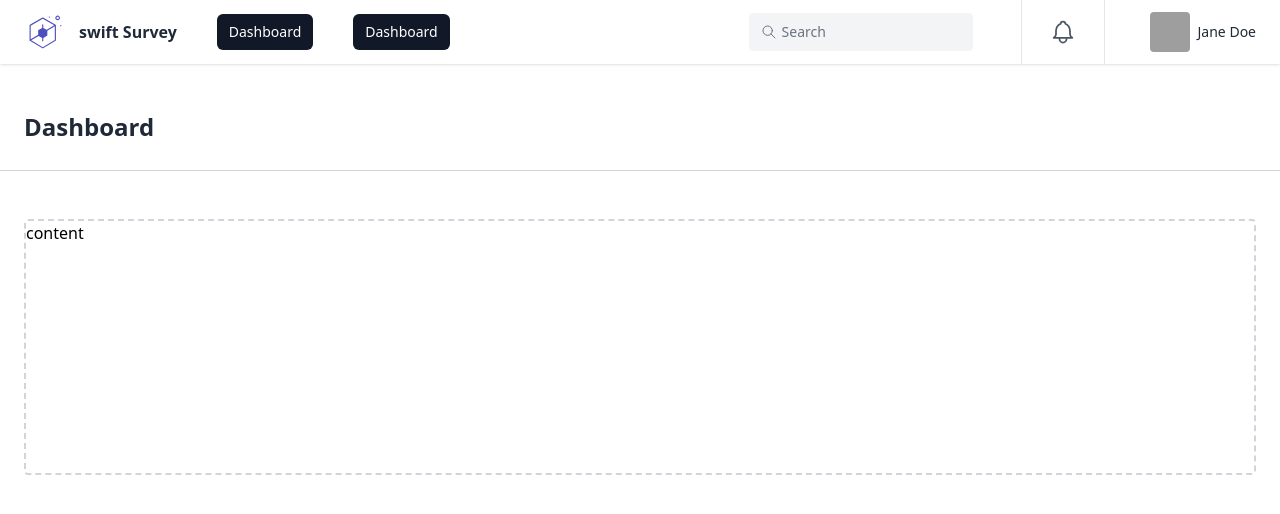
Repository: thomsontochi/swiftSurvey
Page: /dashboard (app in vue/)
An editor plug-in stored every save of this project. The page is shown before and after the next save, followed by the edit.
The browser window is 1280 px wide. The pictures show the whole page.
Pictures or frames that could not be fetched are drawn as grey boxes. The project was rebuilt for these pictures with package versions that can differ from the ones it lists, and the page was loaded fresh each time. Also part of the build but not shown: vue/vite.config.js, vue/src/views/Login.vue, vue/src/views/Register.vue, vue/src/views/Surveys.vue, vue/src/components/AuthLayout.vue, vue/src/components/Pages/Welcome.vue.

Above is the page before, as saved 2022-07-16 15:58:28.

### vue/src/main.js
import { createApp } from 'vue'
import App from './App.vue'
import store from './store'
import './index.css'
import router from './router'

createApp(App)
    .use(router)
    .use(store)
    .mount('#app')

### vue/src/App.vue
<script setup>

</script>

<template>

  <router-view></router-view>

</template>

### vue/src/store/index.js
import { createStore } from "vuex";

const store = createStore ({

    state: {
        user: {
            data: {},
            token: 123,
          }
    },
    getters:{},
    actions:{},
    mutations:{},
    modules:{}
})

export default store;

### vue/src/router/index.js
import { createRouter, createWebHistory } from "vue-router";
import Login from '../views/Login.vue'
import Register from '../views/Register.vue'
import Dashboard from "../views/Dashboard.vue"
import DefaultLayout from "../components/DefaultLayout.vue"
import Surveys from "../views/Surveys.vue"
import AuthLayout from "../components/AuthLayout.vue"
import Welcome from "../components/Pages/Welcome.vue"
import store from "../store"




const routes = [
    {
      path: "/",
      name: Welcome,
      component: Welcome
    },
    {
        path: "/dashboard",
        redirect: "/dashboard",
        component: DefaultLayout,
        meta: {requiresAuth: true},
        children: [
          { path: "/dashboard", name: "Dashboard", component: Dashboard },
          { path: "/surveys", name: "Surveys", component: Surveys },
        ],
    },
    {
        path:"/auth",
        redirect: "/login",
        name:"Auth",
        component: AuthLayout,
        meta: {isGuest: true},
        children: [

            {
                path: '/login',
                name: 'Login',
                component: Login
            },
            {
                path: '/register',
                name: 'Register',
                component: Register
            }

        ]

    },


];

const router = createRouter ({
    history: createWebHistory(),
    routes
})

router.beforeEach((to, from, next) => {
    if (to.meta.requiresAuth && !store.state.user.token) {
      next({ name: "Login" });
    } else if (store.state.user.token && to.meta.isGuest) {
      next({ name: "Dashboard" });
    } else {
      next();
    }
  });

export default router;

### vue/src/views/Dashboard.vue
<template>

     <!-- Page title starts -->

        <div class="  my-6 lg:my-12 container px-6 mx-auto flex flex-col lg:flex-row items-start lg:items-center justify-between pb-4 border-b border-gray-300">
            <div>
                <h4 class="text-2xl font-bold leading-tight text-gray-800">Dashboard</h4>

                <ul class="flex flex-col md:flex-row items-start md:items-center text-gray-600 text-sm mt-3"> </ul>
            </div>
            <!-- <div class="mt-6 lg:mt-0">
                <button class="mx-2 my-2 bg-white transition duration-150 ease-in-out focus:outline-none hover:bg-gray-100 rounded text-indigo-700 px-6 py-2 text-sm">Back</button>
                <button class="transition duration-150 ease-in-out hover:bg-indigo-600 focus:outline-none border bg-indigo-700 rounded text-white px-8 py-2 text-sm">Edit Profile</button>
            </div> -->
        </div>
        <!-- Page title ends -->


        <div class="container mx-auto px-6">
            <!-- Remove class [ h-64 ] when adding a card block -->
            <!-- Remove class [ border-dashed border-2 border-gray-300 ] to remove dotted border -->
            <div class="w-full h-64 rounded border-dashed border-2 border-gray-300">
                <!-- Place your content here -->
                <h1>content</h1>
            </div>
        </div>


</template>

<!-- <script>
export default {
    name: "LightWithGreyBackground",
    data() {
        return {
            xmlns: "http://www.w3.org/2000/svg",
            xlink: "http://www.w3.org/1999/xlink",
            profilePhoto: "https://tuk-cdn.s3.amazonaws.com/assets/components/boxed_layout/bl_1.png",
        };
    },
    methods: {
        dropdownHandler(event) {
            let single = event.currentTarget.getElementsByTagName("ul")[0];
            single.classList.toggle("hidden");
        },
        MenuHandler(el, val) {
            let MainList = el.currentTarget.parentElement.getElementsByTagName("ul")[0];
            let closeIcon = el.currentTarget.parentElement.getElementsByClassName("close-m-menu")[0];
            let showIcon = el.currentTarget.parentElement.getElementsByClassName("show-m-menu")[0];
            if (val) {
                MainList.classList.remove("hidden");
                el.currentTarget.classList.add("hidden");
                closeIcon.classList.remove("hidden");
            } else {
                showIcon.classList.remove("hidden");
                MainList.classList.add("hidden");
                el.currentTarget.classList.add("hidden");
            }
        },
    },
};
</script> -->

### vue/src/components/DefaultLayout.vue
<template>
    <div class="">
        <!-- Navigation starts -->
        <nav class="w-full mx-auto bg-white shadow">
            <div class="container px-6 justify-between h-16 flex items-center lg:items-stretch mx-auto">
                <div class="h-full flex items-center">
                    <div class="mr-10 flex items-center">
                        <svg aria-label="Home" id="logo" enable-background="new 0 0 300 300" height="44" viewBox="0 0 300 300" width="43" v-bind:xmlns="xmlns" :xmlns:xlink="xlink">
                            <g>
                                <path
                                    fill="#4c51bf"
                                    d="m234.735 35.532c-8.822 0-16 7.178-16 16s7.178 16 16 16 16-7.178 16-16-7.178-16-16-16zm0 24c-4.412 0-8-3.588-8-8s3.588-8 8-8 8 3.588 8 8-3.588 8-8 8zm-62.529-14c0-2.502 2.028-4.53 4.53-4.53s4.53 2.028 4.53 4.53c0 2.501-2.028 4.529-4.53 4.529s-4.53-2.027-4.53-4.529zm89.059 60c0 2.501-2.028 4.529-4.53 4.529s-4.53-2.028-4.53-4.529c0-2.502 2.028-4.53 4.53-4.53s4.53 2.029 4.53 4.53zm-40.522-5.459-88-51.064c-1.242-.723-2.773-.723-4.016 0l-88 51.064c-1.232.715-1.992 2.033-1.992 3.459v104c0 1.404.736 2.705 1.938 3.428l88 52.936c.635.381 1.35.572 2.062.572s1.428-.191 2.062-.572l88-52.936c1.201-.723 1.938-2.023 1.938-3.428v-104c0-1.426-.76-2.744-1.992-3.459zm-90.008-42.98 80.085 46.47-52.95 31.289-23.135-13.607v-21.713c0-2.209-1.791-4-4-4s-4 1.791-4 4v21.713l-26.027 15.309c-1.223.719-1.973 2.029-1.973 3.447v29.795l-52 30.727v-94.688zm0 198.707-80.189-48.237 51.467-30.412 24.723 14.539v19.842c0 2.209 1.791 4 4 4s4-1.791 4-4v-19.842l26.027-15.307c1.223-.719 1.973-2.029 1.973-3.447v-31.667l52-30.728v94.729z"
                                />
                            </g>
                        </svg>
                        <router-link :to="{path: '/' }" class="text-base text-gray-800 font-bold tracking-normal leading-tight ml-3 hidden lg:block">swift Survey</router-link>
                    </div>

                    <ul class="pr-12 xl:flex items-center h-full hidden">
                        <li class="hover:text-indigo-700 cursor-pointer h-full flex items-center text-sm  tracking-normal">
                         <router-link
                            v-for="item in navigation"
                            :key="item.name"
                            :to="item.to"
                            active-class="bg-gray-900 text-white"
                            :class="[ this.$route.name === item.to.name ? '' : ' hover:bg-gray-700 hover:text-white', 'px-3 py-2 rounded-md text-sm font-medium']">
                              {{item.name}}
                        </router-link>
                        </li>
                        <li class="hover:text-indigo-700 cursor-pointer h-full flex items-center text-sm text-gry-800 mx-10 tracking-normal">
                         <router-link
                            v-for="item in navigation"
                            :key="item.name"
                            :to="item.to"
                            active-class="bg-gray-900 text-white"
                            :class="[ this.$route.name === item.to.name ? '' : ' hover:bg-gray-700 hover:text-white', 'px-3 py-2 rounded-md text-sm font-medium']"
                         >
                       {{item.name}}
                        </router-link>
                        </li>

                    </ul>
                </div>

                <div class="h-full xl:flex items-center justify-end hidden">
                    <div class="w-full h-full flex items-center">
                        <div class="w-full pr-12 h-full flex items-center border-r">
                            <div class="relative w-full">
                                <div class="text-gray-500 absolute ml-3 inset-0 m-auto w-4 h-4">
                                    <svg v-bind:xmlns="xmlns" class="icon icon-tabler icon-tabler-search" width="16" height="16" viewBox="0 0 24 24" stroke-width="1.5" stroke="currentColor" fill="none" stroke-linecap="round" stroke-linejoin="round">
                                        <path stroke="none" d="M0 0h24v24H0z" />
                                        <circle cx="10" cy="10" r="7" />
                                        <line x1="21" y1="21" x2="15" y2="15" />
                                    </svg>
                                </div>
                                <input class="border border-gray-100 focus:outline-none focus:border-indigo-700 w-56 rounded text-sm text-gray-500 bg-gray-100 pl-8 py-2" type="text" placeholder="Search" />
                            </div>
                        </div>
                        <div class="w-full h-full flex">
                            <div class="w-32 h-full flex items-center justify-center border-r cursor-pointer text-gray-600">
                                <svg v-bind:xmlns="xmlns" class="icon icon-tabler icon-tabler-bell" width="28" height="28" viewBox="0 0 24 24" stroke-width="1.5" stroke="currentColor" fill="none" stroke-linecap="round" stroke-linejoin="round">
                                    <path stroke="none" d="M0 0h24v24H0z" />
                                    <path d="M10 5a2 2 0 0 1 4 0a7 7 0 0 1 4 6v3a4 4 0 0 0 2 3h-16a4 4 0 0 0 2 -3v-3a7 7 0 0 1 4 -6" />
                                    <path d="M9 17v1a3 3 0 0 0 6 0v-1" />
                                </svg>
                            </div>
                            <div aria-haspopup="true" class="cursor-pointer w-full flex items-center justify-end relative" @click="dropdownHandler($event)">
                                <ul class="p-2 w-40 border-r bg-white absolute rounded z-40 left-0 shadow mt-64 hidden">
                                    <li class="cursor-pointer text-gray-600 text-sm leading-3 tracking-normal py-2 hover:text-indigo-700 focus:text-indigo-700 focus:outline-none">
                                        <div class="flex items-center">
                                            <svg v-bind:xmlns="xmlns" class="icon icon-tabler icon-tabler-user" width="20" height="20" viewBox="0 0 24 24" stroke-width="1.5" stroke="currentColor" fill="none" stroke-linecap="round" stroke-linejoin="round">
                                                <path stroke="none" d="M0 0h24v24H0z" />
                                                <circle cx="12" cy="7" r="4" />
                                                <path d="M6 21v-2a4 4 0 0 1 4 -4h4a4 4 0 0 1 4 4v2" />
                                            </svg>
                                            <span class="ml-2"> My Profile </span>
                                        </div>
                                    </li>
                                    <li class="cursor-pointer text-gray-600 text-sm leading-3 tracking-normal mt-2 py-2 hover:text-indigo-700 focus:text-indigo-700 focus:outline-none flex items-center">
                                        <svg v-bind:xmlns="xmlns" class="icon icon-tabler icon-tabler-help" width="20" height="20" viewBox="0 0 24 24" stroke-width="1.5" stroke="currentColor" fill="none" stroke-linecap="round" stroke-linejoin="round">
                                            <path stroke="none" d="M0 0h24v24H0z" />
                                            <circle cx="12" cy="12" r="9" />
                                            <line x1="12" y1="17" x2="12" y2="17.01" />
                                            <path d="M12 13.5a1.5 1.5 0 0 1 1 -1.5a2.6 2.6 0 1 0 -3 -4" />
                                        </svg>
                                        <span class="ml-2">Help Center</span>
                                    </li>
                                    <li class="cursor-pointer text-gray-600 text-sm leading-3 tracking-normal mt-2 py-2 hover:text-indigo-700 flex items-center focus:text-indigo-700 focus:outline-none">
                                        <svg v-bind:xmlns="xmlns" class="icon icon-tabler icon-tabler-settings" width="20" height="20" viewBox="0 0 24 24" stroke-width="1.5" stroke="currentColor" fill="none" stroke-linecap="round" stroke-linejoin="round">
                                            <path stroke="none" d="M0 0h24v24H0z" />
                                            <path d="M10.325 4.317c.426-1.756 2.924-1.756 3.35 0a1.724 1.724 0 0 0 2.573 1.066c1.543-.94 3.31.826 2.37 2.37a1.724 1.724 0 0 0 1.065 2.572c1.756.426 1.756 2.924 0 3.35a1.724 1.724 0 0 0 -1.066 2.573c.94 1.543-.826 3.31-2.37 2.37a1.724 1.724 0 0 0 -2.572 1.065c-.426 1.756-2.924 1.756-3.35 0a1.724 1.724 0 0 0 -2.573 -1.066c-1.543.94-3.31-.826-2.37-2.37a1.724 1.724 0 0 0 -1.065 -2.572c-1.756-.426-1.756-2.924 0-3.35a1.724 1.724 0 0 0 1.066 -2.573c-.94-1.543.826-3.31 2.37-2.37.996.608 2.296.07 2.572-1.065z" />
                                            <circle cx="12" cy="12" r="3" />
                                        </svg>
                                        <span class="ml-2">Account Settings</span>
                                    </li>
                                </ul>
                                <img class="rounded h-10 w-10 object-cover" v-bind:src="profilePhoto" alt="logo" />
                                <p class="text-gray-800 text-sm ml-2">Jane Doe</p>
                            </div>
                        </div>
                    </div>
                </div>

                <div class="visible xl:hidden flex items-center">
                    <ul class="z-40 p-2 border-r bg-white absolute rounded top-0 left-0 right-0 shadow mt-16 md:mt-16 hidden">
                        <li class="flex xl:hidden cursor-pointer text-gray-600 text-base leading-3 tracking-normal mt-2 py-3 hover:text-indigo-700 focus:text-indigo-700 focus:outline-none">
                            <div class="flex items-center">
                                <span class="leading-6 ml-2 font-bold"> Dashboard </span>
                            </div>
                        </li>
                        <li class="xl:hidden flex-col cursor-pointer text-gray-600 text-base leading-3 tracking-normal py-3 hover:text-indigo-700 focus:text-indigo-700 focus:outline-none flex justify-center" @click="dropdownHandler($event)">
                            <div class="flex items-center">
                                <span class="leading-6 ml-2 font-bold"> Products </span>
                            </div>
                            <ul class="ml-2 mt-3 hidden">
                                <li class="cursor-pointer text-gray-600 text-sm leading-3 tracking-normal py-3 hover:bg-indigo-700 hover:text-white px-3 font-normal">Landing Pages</li>
                                <li class="cursor-pointer text-gray-600 text-sm leading-3 tracking-normal py-3 hover:bg-indigo-700 hover:text-white px-3 font-normal">Templates</li>
                                <li class="cursor-pointer text-gray-600 text-sm leading-3 tracking-normal py-3 hover:bg-indigo-700 hover:text-white px-3 font-normal">Components</li>
                            </ul>
                        </li>
                        <li class="xl:hidden cursor-pointer text-gray-600 text-base leading-3 tracking-normal py-3 hover:text-indigo-700 flex items-center focus:text-indigo-700 focus:outline-none">
                            <span class="leading-6 ml-2 font-bold">Performance</span>
                        </li>
                        <li class="xl:hidden flex-col cursor-pointer text-gray-600 text-base leading-3 tracking-normal mb-2 py-3 hover:text-indigo-700 focus:text-indigo-700 focus:outline-none flex justify-center" @click="dropdownHandler($event)">
                            <div class="flex items-center">
                                <span class="leading-6 ml-2 font-bold"> Deliverables </span>
                            </div>
                            <ul class="ml-2 mt-3 hidden">
                                <li class="cursor-pointer text-gray-600 text-sm leading-3 tracking-normal py-3 hover:bg-indigo-700 hover:text-white px-3 font-normal">Landing Pages</li>
                                <li class="cursor-pointer text-gray-600 text-sm leading-3 tracking-normal py-3 hover:bg-indigo-700 hover:text-white px-3 font-normal">Templates</li>
                                <li class="cursor-pointer text-gray-600 text-sm leading-3 tracking-normal py-3 hover:bg-indigo-700 hover:text-white px-3 font-normal">Components</li>
                            </ul>
                        </li>
                        <li>
                            <hr class="border-b border-gray-300 w-full" />
                        </li>
                        <li class="ml-2 cursor-pointer text-gray-600 text-sm leading-3 tracking-normal mt-2 py-2 hover:text-indigo-700 flex items-center focus:text-indigo-700 focus:outline-none">
                            <div class="flex items-center">
                                <div class="w-12 cursor-pointer flex text-sm border-2 border-transparent rounded focus:outline-none focus:border-white transition duration-150 ease-in-out">
                                    <img class="rounded h-10 w-10 object-cover" v-bind:src="profilePhoto" alt="logo" />
                                </div>
                                <p class="leading-6 text-base ml-1 cursor-pointer">Jane Doe</p>
                                <div class="sm:ml-2 text-white relative">
                                    <svg v-bind:xmlns="xmlns" class="icon icon-tabler icon-tabler-chevron-down cursor-pointer" width="20" height="20" viewBox="0 0 24 24" stroke-width="1.5" stroke="currentColor" fill="none" stroke-linecap="round" stroke-linejoin="round">
                                        <path stroke="none" d="M0 0h24v24H0z"></path>
                                        <polyline points="6 9 12 15 18 9"></polyline>
                                    </svg>
                                </div>
                            </div>
                        </li>
                        <li class="ml-2 cursor-pointer text-gray-600 text-base leading-3 tracking-normal py-2 hover:text-indigo-700 focus:text-indigo-700 focus:outline-none">
                            <div class="flex items-center">
                                <svg v-bind:xmlns="xmlns" class="icon icon-tabler icon-tabler-user" width="24" height="24" viewBox="0 0 24 24" stroke-width="1.5" stroke="currentColor" fill="none" stroke-linecap="round" stroke-linejoin="round">
                                    <path stroke="none" d="M0 0h24v24H0z" />
                                    <circle cx="12" cy="7" r="4" />
                                    <path d="M6 21v-2a4 4 0 0 1 4 -4h4a4 4 0 0 1 4 4v2" />
                                </svg>
                                <span class="leading-6 ml-2">Profile</span>
                            </div>
                        </li>
                    </ul>

                    <svg @click="MenuHandler($event, true)" aria-haspopup="true" aria-label="Main Menu" v-bind:xmlns="xmlns" class="show-m-menu icon icon-tabler icon-tabler-menu" width="28" height="28" viewBox="0 0 24 24" stroke-width="1.5" stroke="#000" fill="none" stroke-linecap="round" stroke-linejoin="round">
                        <path stroke="none" d="M0 0h24v24H0z"></path>
                        <line x1="4" y1="8" x2="20" y2="8"></line>
                        <line x1="4" y1="16" x2="20" y2="16"></line>
                    </svg>
                    <div class="hidden close-m-menu" @click="MenuHandler($event, false)">
                        <svg aria-label="Close" v-bind:xmlns="xmlns" width="24" height="24" viewBox="0 0 24 24" stroke-width="1.5" stroke="#000" fill="none" stroke-linecap="round" stroke-linejoin="round">
                            <path stroke="none" d="M0 0h24v24H0z" />
                            <line x1="18" y1="6" x2="6" y2="18" />
                            <line x1="6" y1="6" x2="18" y2="18" />
                        </svg>
                    </div>
                </div>
            </div>
        </nav>
        <!-- Navigation ends -->

        <router-view></router-view>

    </div>
</template>

<script>


    const navigation = [
        { name: "Dashboard", to: { path: "/Dashboard" } },
        // { name: "surveys", to: { path: "/Surveys" } }
        ];

export default {
    name: "LightWithGreyBackground",
    data() {
        return {
            xmlns: "http://www.w3.org/2000/svg",
            xlink: "http://www.w3.org/1999/xlink",
            profilePhoto: "https://tuk-cdn.s3.amazonaws.com/assets/components/boxed_layout/bl_1.png",
        };
    },


    methods: {
        dropdownHandler(event) {
            let single = event.currentTarget.getElementsByTagName("ul")[0];
            single.classList.toggle("hidden");
        },
        MenuHandler(el, val) {
            let MainList = el.currentTarget.parentElement.getElementsByTagName("ul")[0];
            let closeIcon = el.currentTarget.parentElement.getElementsByClassName("close-m-menu")[0];
            let showIcon = el.currentTarget.parentElement.getElementsByClassName("show-m-menu")[0];
            if (val) {
                MainList.classList.remove("hidden");
                el.currentTarget.classList.add("hidden");
                closeIcon.classList.remove("hidden");
            } else {
                showIcon.classList.remove("hidden");
                MainList.classList.add("hidden");
                el.currentTarget.classList.add("hidden");
            }
        },

    },

    setup() {

        return {

          navigation,

        };


    }











};


</script>

### vue/tailwind.config.js
/** @type {import('tailwindcss').Config} */
module.exports = {
  content: [
    "./index.html",
    "./src/**/*.{vue,js,ts,jsx,tsx}",
  ],
  theme: {
    extend: {},
  },
  plugins: [require("@tailwindcss/forms")],
}

Loaded but not shown: vue/index.html (common file); vue/src/index.css (common file)

After the next save:
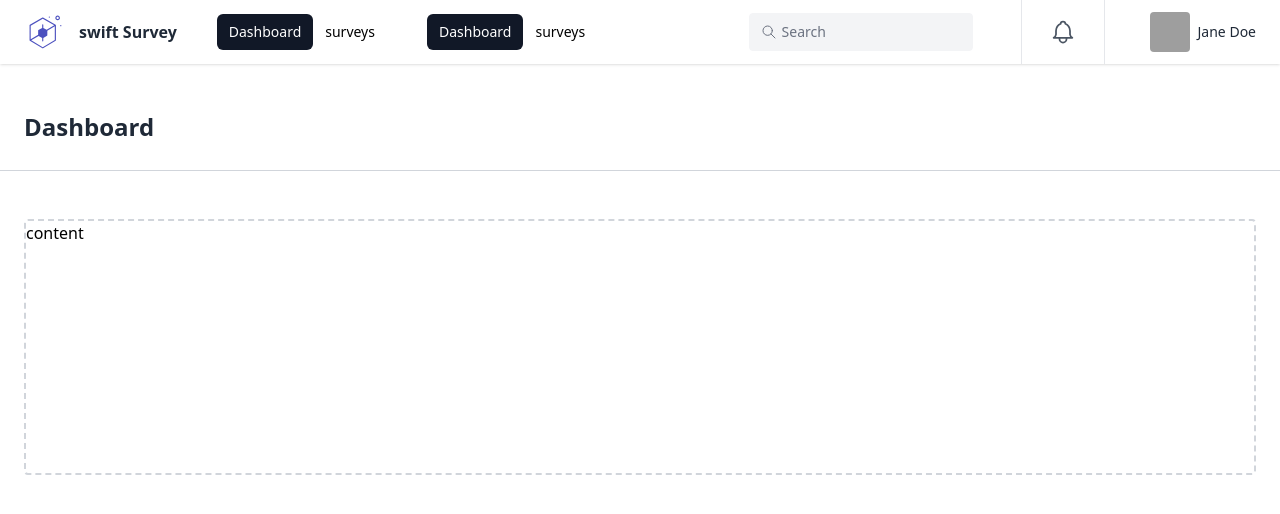
Saved 10 s later.
--- a/vue/src/components/DefaultLayout.vue
+++ b/vue/src/components/DefaultLayout.vue
@@ -187,7 +187,7 @@
 
     const navigation = [
         { name: "Dashboard", to: { path: "/Dashboard" } },
-        // { name: "surveys", to: { path: "/Surveys" } }
+        { name: "surveys", to: { path: "/Surveys" } }
         ];
 
 export default {
